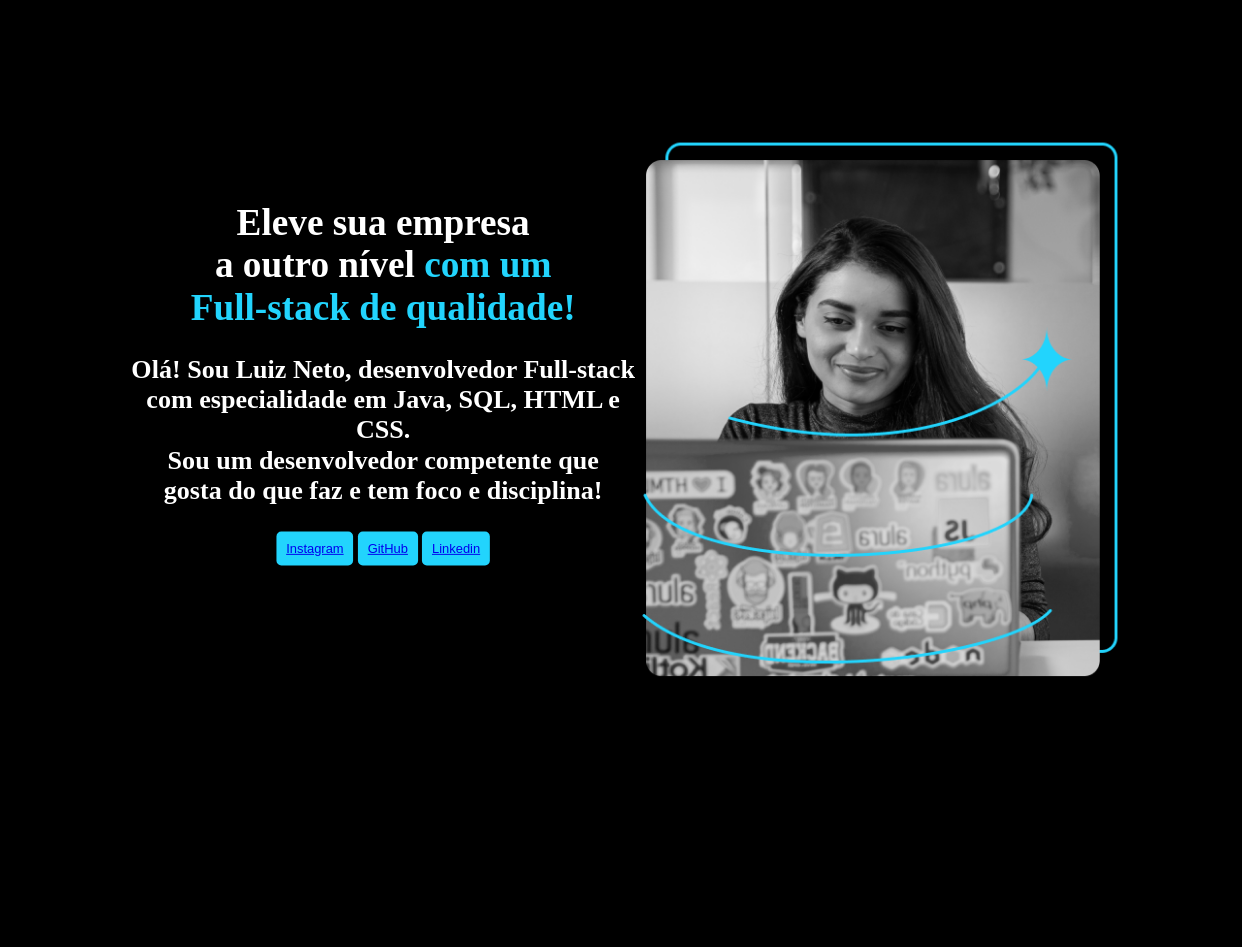
Repository: luiz123098/Sobre-mim-em-HTM-CSS
Page: htmlcss.html
These files come from the project's save history. The page is drawn as it stood at one moment and after the next save; the edit follows.
The browser window is 1280 px wide. The pictures show the whole page, at 97% of full size.

Above is the page before, as saved 2023-03-08 14:42:36.

After the next save:
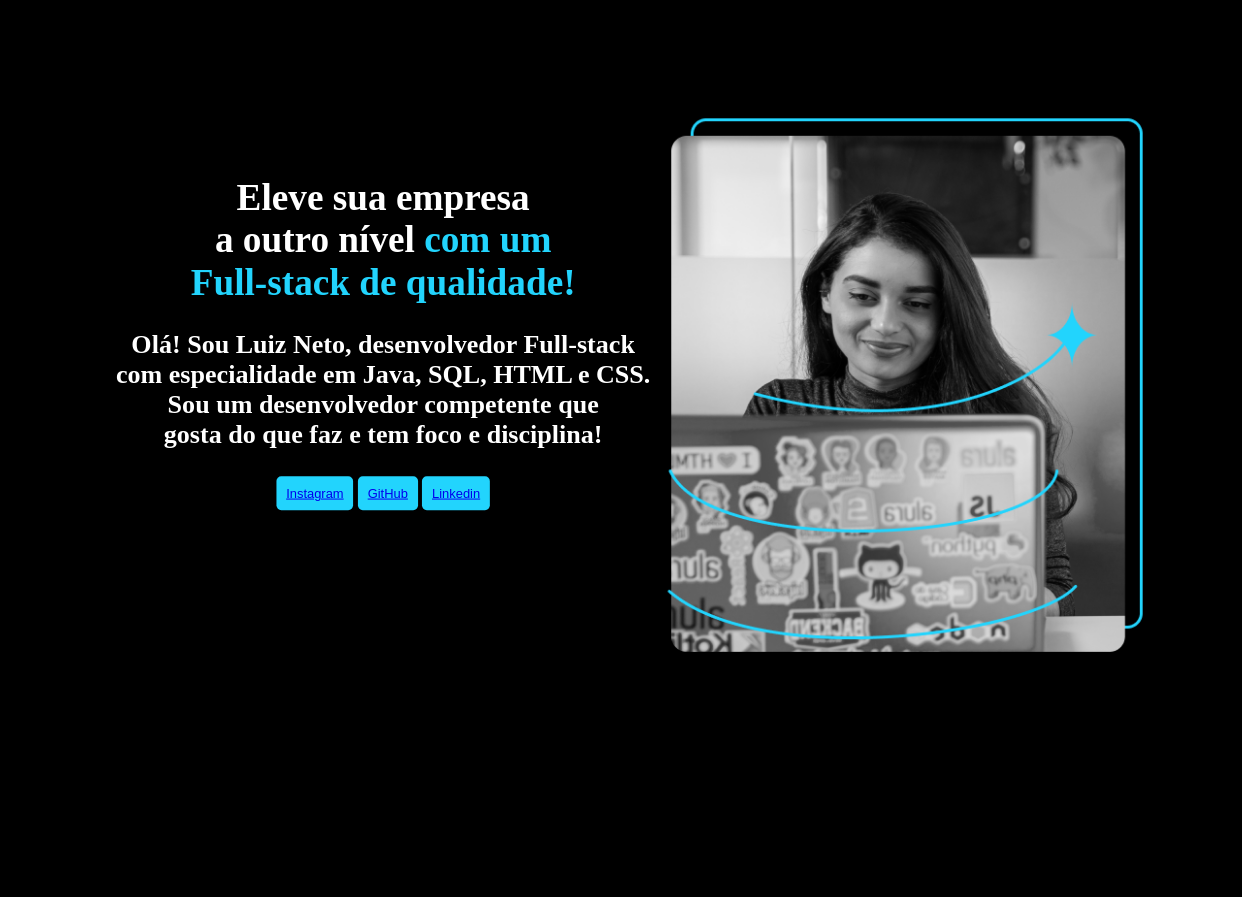
Saved 6 s later.
--- a/style.Css
+++ b/style.Css
@@ -4,7 +4,7 @@
 
 body {
     max-width: 4000px;
-    padding: 10%;
+    padding: 8%;
     margin: 0 auto !important;
     background-color: black;
     color: white;
